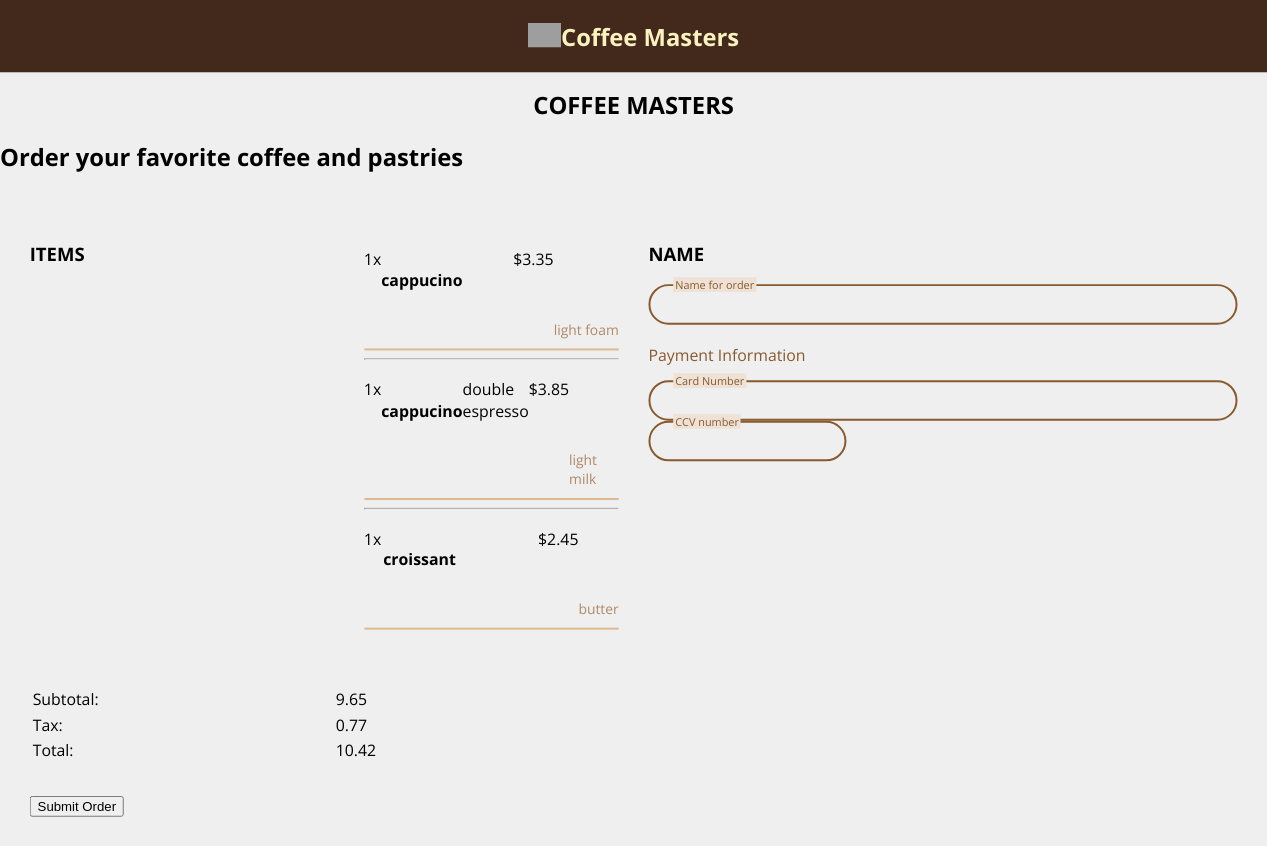
Repository: RkBeau/coffe_fm
Page: index.html
These files come from the project's save history. The page is drawn as it stood at one moment and after the next save; the edit follows.
The browser window is 1280 px wide. The pictures show the whole page, at 99% of full size.
Pictures or frames that could not be fetched are drawn as grey boxes.

Above is the page before, as saved 2024-04-19 01:01:03.

After the next save:
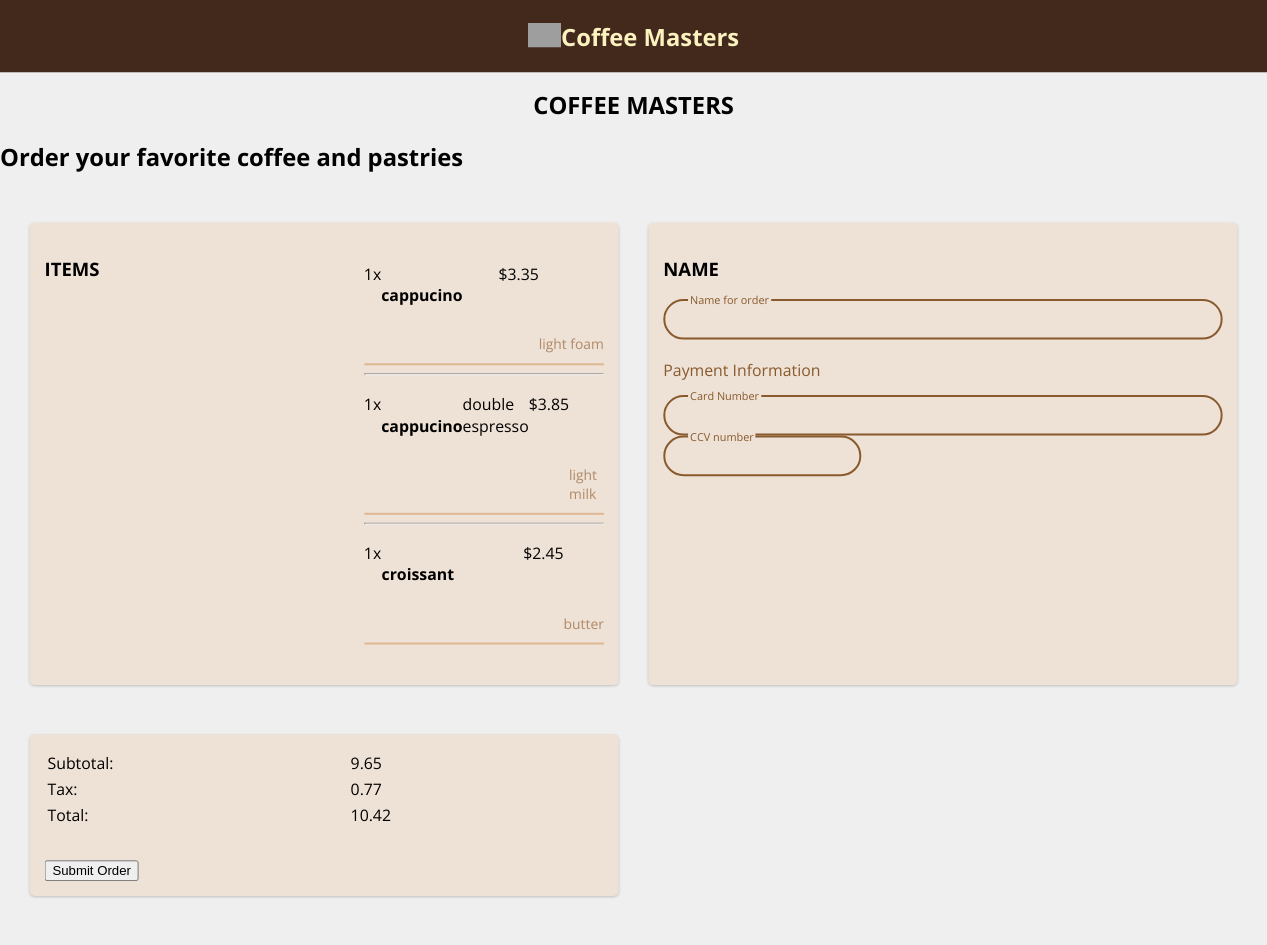
Saved 4 s later.
--- a/index.html
+++ b/index.html
@@ -25,7 +25,7 @@
             <h2>Order your favorite coffee and pastries</h2>
         </header>
         <main>
-            <section class="orderbox">
+            <section class="box">
                 <div class="items-ordered">
                     <h3 id="items">ITEMS</h3>
                     <ul class="selected-items">
@@ -47,7 +47,7 @@
                     </ul>
                 </div>
             </section>
-            <section class="info">
+            <section class="box">
                 <div class="customer-info">
                     <h3 class="name">NAME</h3>
                     <div class="input-group">
@@ -67,7 +67,7 @@
                     </div>
                 </div>
             </section>
-            <section class="order-total">
+            <section class="box">
                 <table class="totals-tab">
                     <tbody>
                         <tr>
